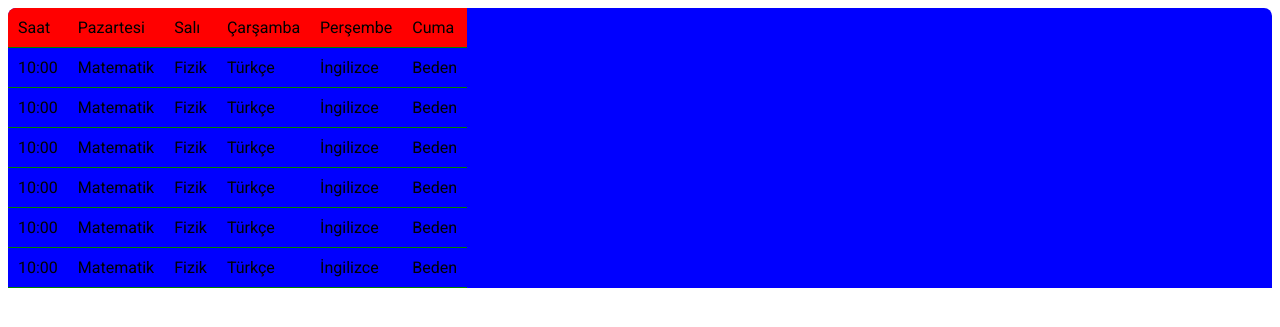
Repository: ahmetbugraozcan/css-ders-programi
Page: deneme2.html
The author's editor kept a copy of each file at every save. The page is drawn from the files as they stood at one save, then again after a run of saves.
The browser window is 1280 px wide. The pictures show the whole page.

Above is the page before, as saved 2021-07-10 14:57:42.

After the next 2 saves:
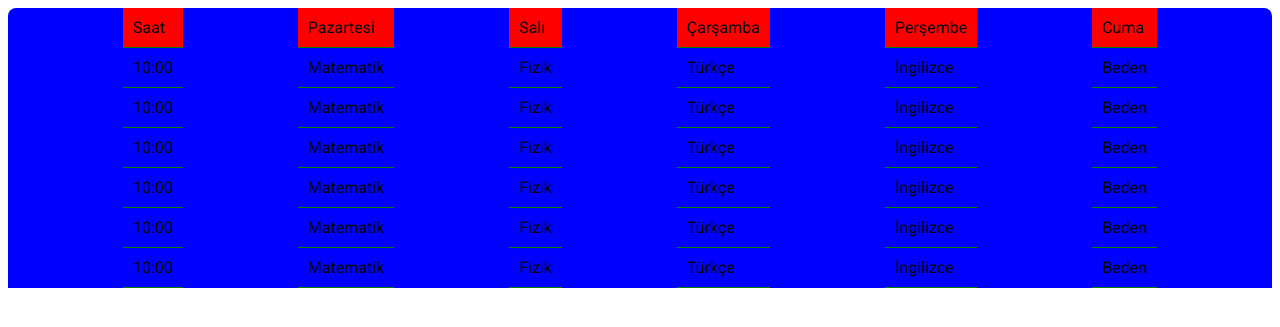
The 2 saves are shown as one change because they came seconds apart.
The last was saved 9 s later.
--- a/deneme2.html
+++ b/deneme2.html
@@ -19,7 +19,7 @@
         }
 
         .row {
-            justify-content: stretch;
+            justify-content: space-evenly;
             width: 100%;
             border-radius: 8px 8px 0 0;
             overflow: hidden;

After the save that followed:
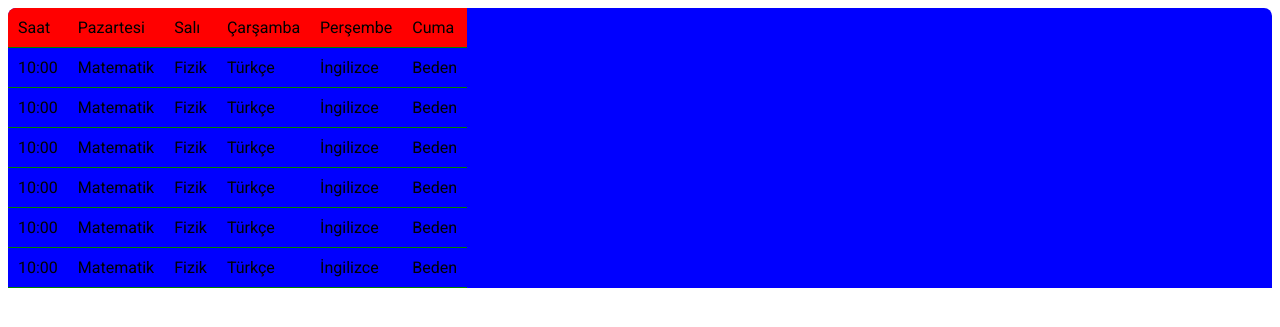
Saved 8 s later.
--- a/deneme2.html
+++ b/deneme2.html
@@ -19,7 +19,7 @@
         }
 
         .row {
-            justify-content: space-evenly;
+            justify-content: baseline;
             width: 100%;
             border-radius: 8px 8px 0 0;
             overflow: hidden;
